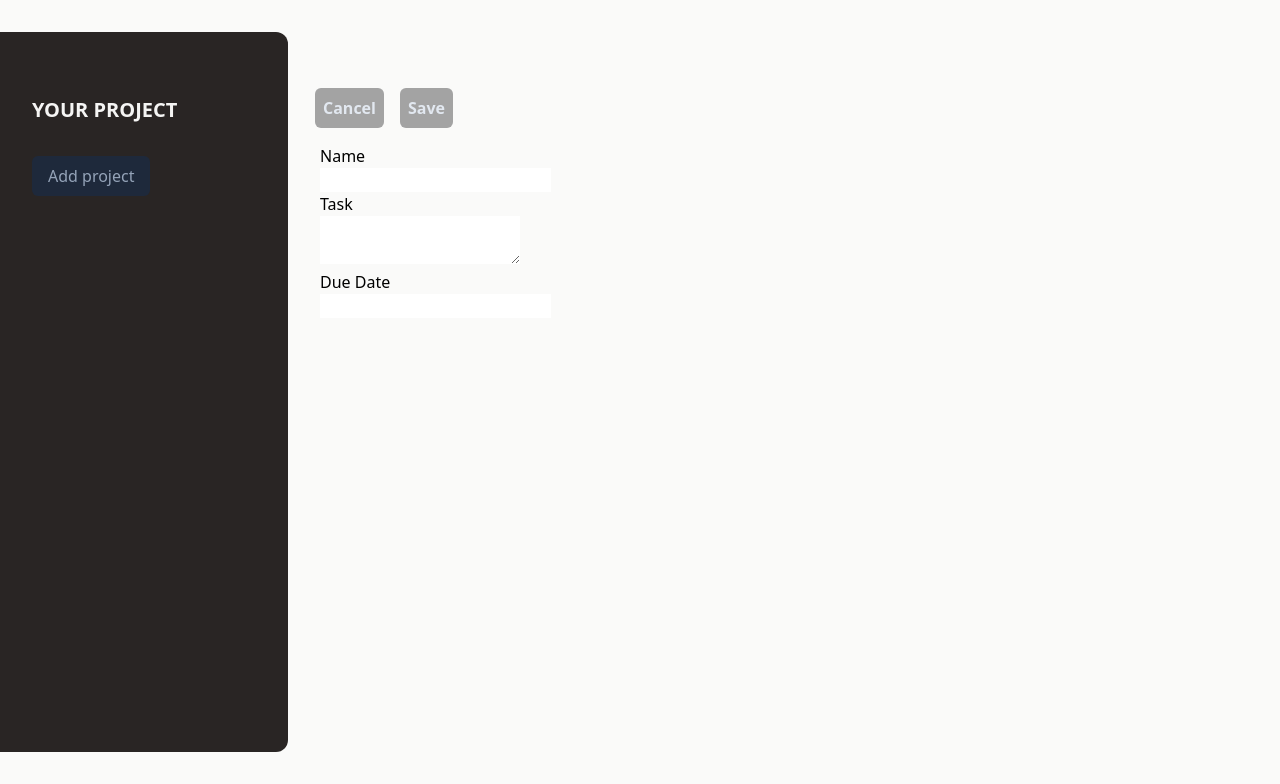
Repository: sibi24sibi/todo-list-using-reactjs
Page: /
The author's editor kept a copy of each file at every save. The page is drawn from the files as they stood at one save, then again after the next save.
The browser window is 1280 px wide. The pictures show the whole page.
The project was rebuilt for these pictures with package versions that can differ from the ones it lists, and the page was loaded fresh each time. Also part of the build but not shown: vite.config.js.

Above is the page before, as saved 2024-06-24 12:18:26.

### src/App.jsx
import NewPoject from "./assets/Components/Input/NewProjects";
import SideBar from "./assets/Components/SideBar/SideBar";

function App() {
  return (
    <>
      <main className="h-screen my-8 flex gap-8">
        <SideBar />
        <NewPoject />
      </main>
    </>
  );
}

export default App;

### src/assets/Components/Input/NewProjects.jsx
import Input from "./Input";

export default function NewPoject() {
  return (
    <div className=" w-32 mt-10">
      <menu className="flex items-center justify-center gap-4 my-4">
        <li>
          <button className="p-2 bg-neutral-400 font-semibold text-slate-200 rounded-md   hover:text-slate-800 hover:bg-red-400 ">
            Cancel
          </button>
        </li>
        <li>
          <button className="p-2 bg-neutral-400 font-semibold text-slate-200 rounded-md hover:text-slate-500 hover:bg-lime-400">
            Save
          </button>
        </li>
      </menu>
      <div>
        <Input label="Name" textarea={false} />
        <Input label="Task" textarea />
        <Input label="Due Date" textarea={false} />
      </div>
    </div>
  );
}

### src/assets/Components/SideBar/SideBar.jsx
export default function SideBar() {
  return (
    <aside className="w-1/3 px-8 py-16 bg-stone-800 text-stone-50 md:w-72 rounded-r-xl">
      <h2 className="mb-8 font-bold uppercase md:text-xl text-stone-100">
        your project
      </h2>
      <div>
        <button className="px-4 py-2 text-slate-400 hover:text-slate-900 md:text-base rounded-md bg-slate-800 hover:bg-slate-400">
          Add project
        </button>
      </div>
      <ul></ul>
    </aside>
  );
}

### src/assets/Components/Input/Input.jsx
export default function Input({ label, textarea, ...props }) {
  return (
    <div>
      <label>{label}</label>
      {textarea ? <textarea {...props}></textarea> : <input {...props}></input>}
    </div>
  );
}

Loaded but not shown: index.html (common file); src/main.jsx (common file); src/index.css (common file); tailwind.config.js (common file)

After the next save:
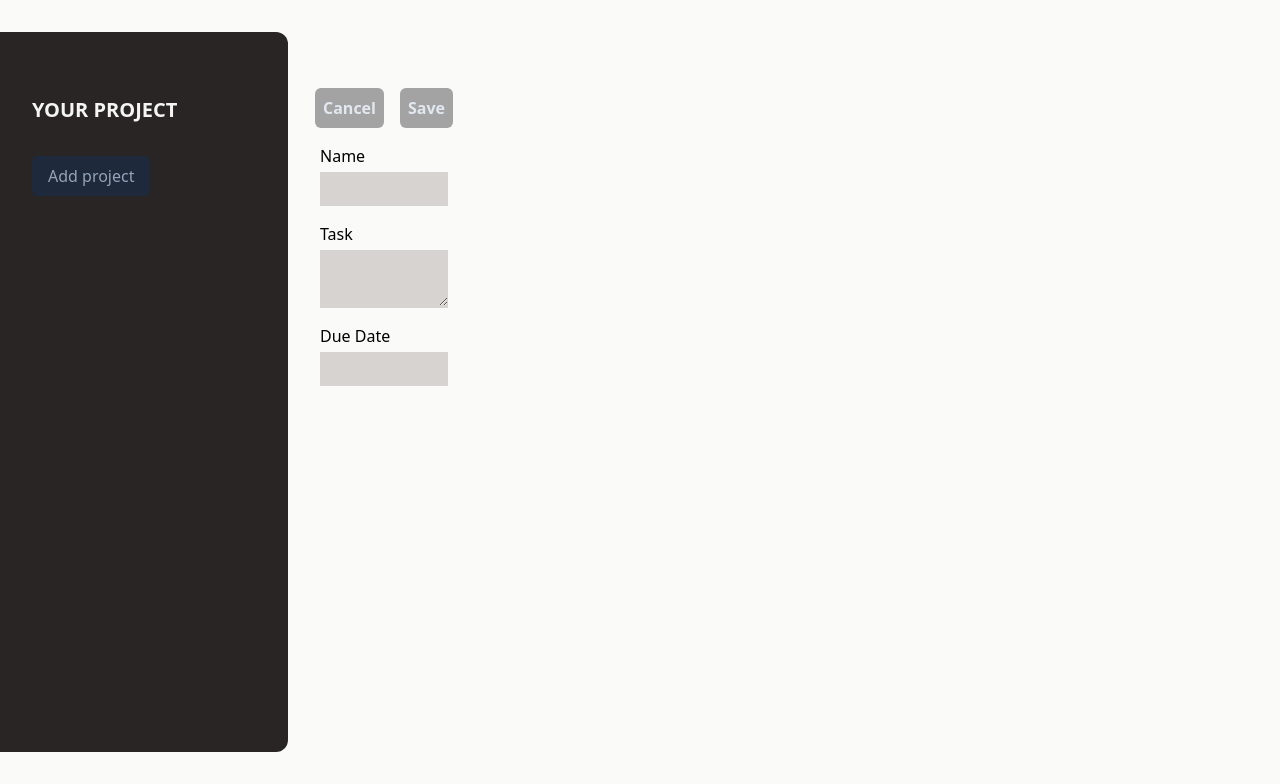
Saved 1 s later.
--- a/src/assets/Components/Input/Input.jsx
+++ b/src/assets/Components/Input/Input.jsx
@@ -1,8 +1,14 @@
 export default function Input({ label, textarea, ...props }) {
+  const inputClasses =
+    "text-stone-600 focus:outline-none focus:border-stone-600 w-full p-1 border-b-2 border-stone-300  bg-stone-300";
   return (
-    <div>
-      <label>{label}</label>
-      {textarea ? <textarea {...props}></textarea> : <input {...props}></input>}
+    <div className="flex flex-col gap-1 my-4  ">
+      <label className="font-normal">{label}</label>
+      {textarea ? (
+        <textarea className={inputClasses} {...props}></textarea>
+      ) : (
+        <input className={inputClasses} {...props}></input>
+      )}
     </div>
   );
 }
